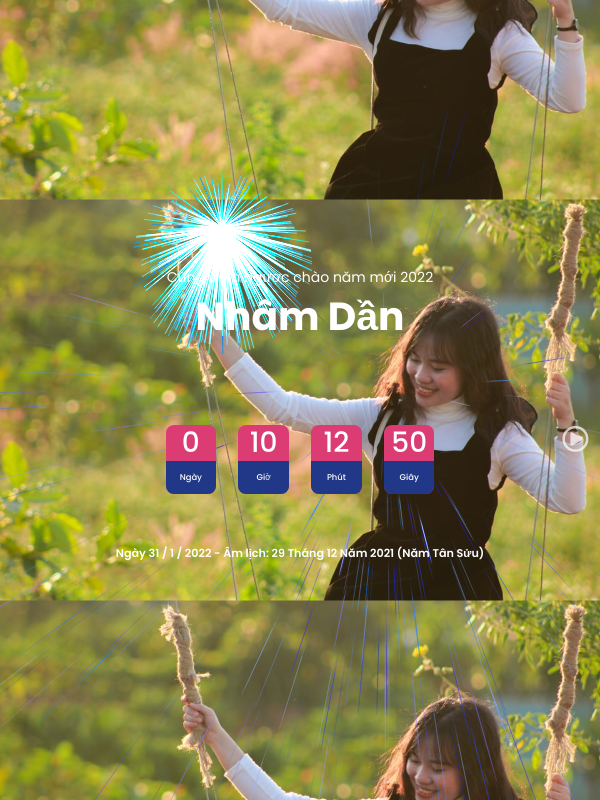
Repository: nguyenban1903/nguyenban1903.github.io
Page: huonggiangcountdown/index.html
An editor plug-in stored every save of this project. The page is shown before and after the next save, followed by the edit.
The browser window is 600 px wide. The pictures show the whole page.
Some web libraries are served in a nearby version.

Above is the page before, as saved 2022-01-31 14:00:38.

After the next save:
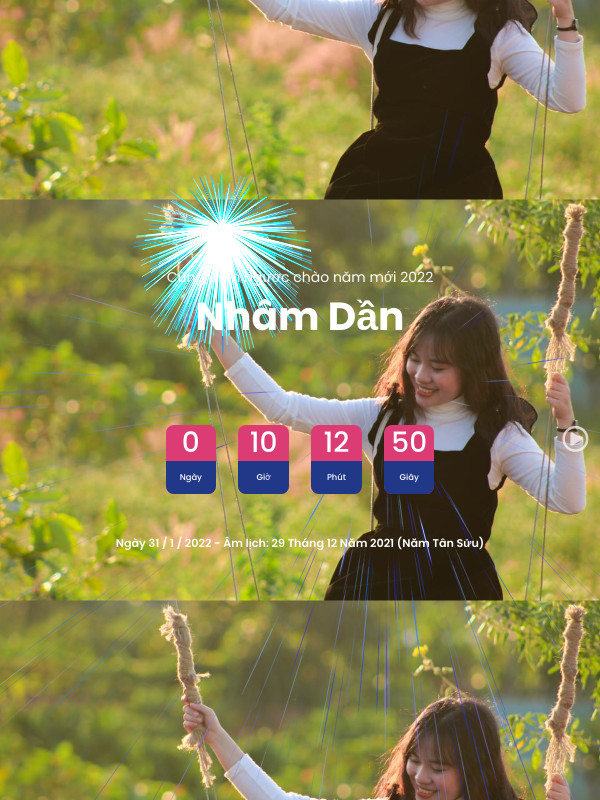
Saved 13 s later.
--- a/huonggiangcountdown/assets/css/style.css
+++ b/huonggiangcountdown/assets/css/style.css
@@ -222,7 +222,7 @@ body {
     /* position : absolute; */
     text-align: center;
     font-size: 1.7em;
-    bottom: 25em;
+    bottom: 26em;
   }
   .date-lunar {
     font-size: 2rem;
